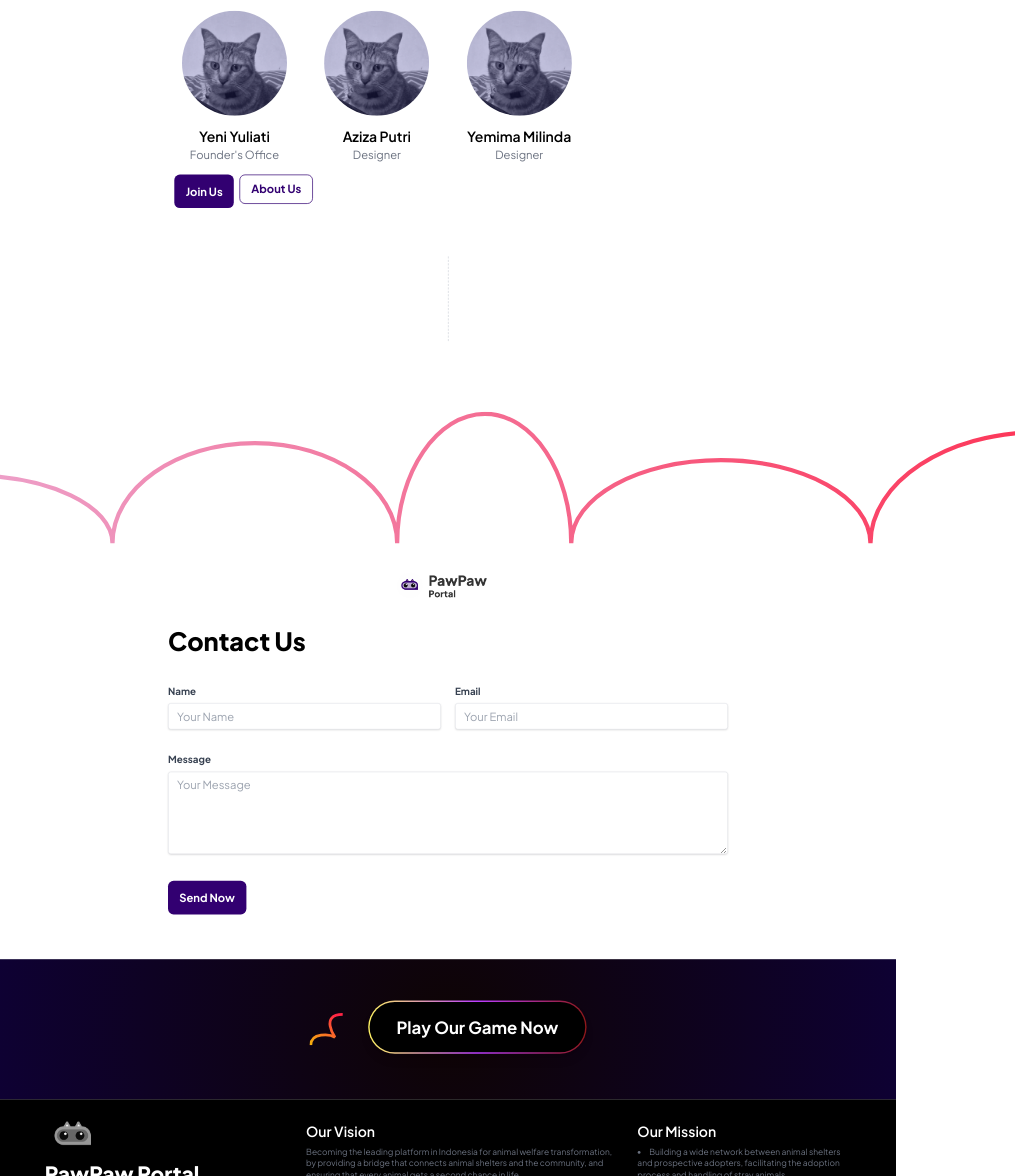
Repository: paskasiregar/pawpawwebsite
Page: /
An editor plug-in stored every save of this project. The page is shown before and after a run of saves, followed by the edit.
The browser window is 1280 px wide. The page is 1450 px wide, so the pictures cover 1450 px, including what lies to the right of the window. The pictures show the part of the page from y = 2105 to 3785 px (the page is 4088 px tall before and 4024 px after), at 70% of full size.
The project was rebuilt for these pictures with package versions that can differ from the ones it lists, and the page was loaded fresh each time. The framework's server and built-in components were replaced by stand-ins that run in the browser. Also part of the build but not shown: next.config.js, next.config.mjs.

Above is the page before, as saved 2024-09-06 11:45:47.

### src/app/layout.js
import { Inter } from "next/font/google";
import "./globals.css";

const inter = Inter({ subsets: ["latin"] });

export const metadata = {
  title: "PawPaw Portal | Your One-Stop Shelter",
  description: "Your One-Stop Shelter",
};

export default function RootLayout({ children }) {
  return (
    <html lang="en">
      <meta
        name="google-adsense-account"
        content="ca-pub-4770655134097556"
      ></meta>
      <body className={inter.className}>{children}</body>
    </html>
  );
}

### src/app/page.js
import { Contact } from "@/components/contact";
import { Divider } from "@/components/divider";
import { Footer } from "@/components/footer";
import { Header } from "@/components/header";
import CTA from "@/components/CTA";
import Hero from "@/components/hero";
import PrimaryButton from "@/components/primaryButton";
import SecButton from "@/components/secButton";
import Image from "next/image";
import bannerImage from "../assets/banner.png";
import logoHeaderImage from "../assets/banner-10.png";
import Link from "next/link";
import Head from "next/head";
import piupiu from "../assets/piupiu.png";
import paska from "../assets/paska.png";
import iqbal from "../assets/iqbal.png";

export default async function Home() {
  return (
    <div className="w-full font-plus-jakarta m-auto flex min-h-screen flex-col items-center justify-between">
      <Head>
        <script
          async
          src="https://pagead2.googlesyndication.com/pagead/js/adsbygoogle.js?client=ca-pub-4770655134097556"
          crossorigin="anonymous"
        ></script>
      </Head>
      <section className="w-full">
        <div className="centeredcontainer main-container">
          <Header />
        </div>
        <main className="main-container">
          <Hero />
          <Divider />
          <div className="self-stretch bg-white flex flex-col md:flex-row">
            <div className="flex-1 relative h-48 md:h-[489px] z-[0] flex items-center justify-center">
              <Image
                className="w-[80%] h-auto object-cover"
                alt="banner"
                src={bannerImage}
                width={200}
                height={200}
              />
            </div>

            {/* How it works */}
            <div
              id="how-it-works"
              className="flex-1 flex flex-col items-center md:items-start justify-center gap-4 z-[1] p-4 md:p-8"
            >
              <div className="space-y-4">
                <div className="flex justify-center md:justify-start">
                  <svg
                    width="130"
                    height="77"
                    viewBox="0 0 130 77"
                    fill="none"
                    xmlns="http://www.w3.org/2000/svg"
                  >
                    <path
                      d="M2.04016 48.038C39.1938 19.0059 75.4362 75.5193 75.4362 75.5193C58.6481 44.4597 70.5515 14.7701 105.05 54.8444C105.05 54.8444 88.8644 34.0647 127.885 2.52962"
                      stroke="url(#paint0_linear_545_35744)"
                      strokeWidth="4.42591"
                      strokeMiterlimit="10"
                      strokeLinejoin="bevel"
                    />
                    <defs>
                      <linearGradient
                        id="paint0_linear_545_35744"
                        x1="19.971"
                        y1="73.8863"
                        x2="126.116"
                        y2="-0.218346"
                        gradientUnits="userSpaceOnUse"
                      >
                        <stop offset="0.2868" stopColor="#E9404C" />
                        <stop offset="0.2967" stopColor="#EA475C" />
                        <stop offset="0.3252" stopColor="#EB5B85" />
                        <stop offset="0.3554" stopColor="#EB6CA8" />
                        <stop offset="0.3871" stopColor="#EC79C5" />
                        <stop offset="0.4209" stopColor="#EC84DB" />
                        <stop offset="0.4577" stopColor="#ED8BEB" />
                        <stop offset="0.4998" stopColor="#ED90F4" />
                        <stop offset="0.5589" stopColor="#ED91F7" />
                      </linearGradient>
                    </defs>
                  </svg>
                </div>
                <div className="hidden md:flex items-center justify-center">
                  <Image
                    className="w-36 h-10 object-cover"
                    alt="Logo"
                    src={logoHeaderImage}
                    width={120}
                    height={20}
                  />
                </div>
                <div className="flex flex-col items-center md:items-start">
                  <div className="relative font-extrabold text-2xl md:text-4xl text-center md:text-left">
                    How PawPaw Portal Works
                  </div>
                </div>
                <div className="self-stretch flex flex-col md:flex-row items-center md:items-start justify-start text-lg md:text-xl text-gray-500">
                  <div className="flex-1 flex flex-col items-center md:items-start justify-start">
                    <div className="self-stretch">
                      <p className="m-0 text-center md:text-left">
                        Every video you watch on our app can help animals in
                        need. Fun, isn&apos;t it?
                      </p>
                      <p className="m-2"></p>
                      <p className="m-0 text-center md:text-left">
                        Join us at PawPaw Portal, where animal lovers and
                        shelters meet. Let&apos;s make a difference together!
                      </p>
                    </div>
                  </div>
                </div>
                <div className="flex flex-col md:flex-row gap-2">
                  <PrimaryButton href="https://game.pawpawportal.com">
                    Play Now
                  </PrimaryButton>
                  <Link
                    href="#about-us"
                    className="flex flex-col md:flex-row gap-2"
                  >
                    <SecButton>About Us</SecButton>
                  </Link>
                </div>
              </div>
            </div>
          </div>

          {/* Team */}
          <Divider />
          <div
            id="team"
            className="flex-1 flex flex-col items-center md:items-center justify-center gap-4 z-[1] p-4 md:p-8"
          >
            <div className="space-y-4">
              <div className="flex justify-center md:justify-center">
                {/* Optional SVG or Image can go here */}
              </div>

              <div className="flex flex-col items-center md:items-center mb-8">
                <div className="relative font-extrabold text-2xl md:text-4xl text-center md:text-center mb-8">
                  PawPaw Team
                </div>
              </div>

              <div className="grid grid-cols-1 md:grid-cols-2 lg:grid-cols-4 gap-6 md:gap-8">
                {/* Paska */}
                <div className="flex flex-col items-center">
                  <Image
                    className="rounded-full"
                    alt="Paska"
                    src={paska}
                    width={150}
                    height={150}
                  />
                  <div className="text-xl font-semibold mt-4">Paska</div>
                  <div className="text-gray-500">Founder</div>
                </div>

                {/* Kak Yus */}
                <div className="flex flex-col items-center">
                  <Image
                    className="rounded-full"
                    alt="Yus"
                    src={piupiu}
                    width={150}
                    height={150}
                  />
                  <div className="text-xl font-semibold mt-4">
                    Yus Marcelina
                  </div>
                  <div className="text-gray-500">Product Lead</div>
                </div>

                {/* Mas Iqbal */}
                <div className="flex flex-col items-center">
                  <Image
                    className="rounded-full"
                    alt="Iqbal"
                    src={iqbal}
                    width={150}
                    height={150}
                  />
                  <div className="text-xl font-semibold mt-4">
                    Mochamad Iqbal
                  </div>
                  <div className="text-gray-500">Tech Lead</div>
                </div>

                {/* PiuPiu */}
                <div className="flex flex-col items-center">
                  <Image
                    className="rounded-full"
                    alt="PiuPiu"
                    src={piupiu}
                    width={150}
                    height={150}
                  />
                  <div className="text-xl font-semibold mt-4">PiuPiu</div>
                  <div className="text-gray-500">Chief Attention Seeker</div>
                </div>

                {/* Julie */}
                <div className="flex flex-col items-center">
                  <Image
                    className="rounded-full"
                    alt="Yeni Yuliati"
                    src={piupiu}
                    width={150}
                    height={150}
                  />
                  <div className="text-xl font-semibold mt-4">Yeni Yuliati</div>
                  <div className="text-gray-500">Founder's Office</div>
                </div>

                {/* Aziza */}
                <div className="flex flex-col items-center">
                  <Image
                    className="rounded-full"
                    alt="Aziza Putri"
                    src={piupiu}
                    width={150}
                    height={150}
                  />
                  <div className="text-xl font-semibold mt-4">Aziza Putri</div>
                  <div className="text-gray-500">Designer</div>
                </div>

                {/* Yemima */}
                <div className="flex flex-col items-center">
                  <Image
                    className="rounded-full"
                    alt="Yemima Milinda"
                    src={piupiu}
                    width={150}
                    height={150}
                  />
                  <div className="text-xl font-semibold mt-4">
                    Yemima Milinda
                  </div>
                  <div className="text-gray-500">Designer</div>
                </div>
              </div>

              <div className="flex flex-col md:flex-row gap-2">
                <PrimaryButton href="https://game.pawpawportal.com">
                  Join Us
                </PrimaryButton>
                <Link href="#about-us">
                  <SecButton>About Us</SecButton>
                </Link>
              </div>
            </div>
          </div>

          <Divider />
          <Contact />
        </main>
        <div className="w-full">
          <div>
            <CTA />
          </div>
          <div id="about-us">
            <Footer />
          </div>
        </div>
      </section>
    </div>
  );
}

### src/app/globals.css
@import url("https://fonts.googleapis.com/css2?family=Plus+Jakarta+Sans:wght@400;600;700;800&display=swap");

@tailwind base;
@tailwind components;
@tailwind utilities;

body {
  font-family: "Plus Jakarta Sans", sans-serif;
}

p,
ul {
  color: gray;
  margin-bottom: 2px;
}

section {
  margin-bottom: 8px;
}

.hero-bg {
  display: flex;
  background: radial-gradient(circle,
      rgb(204, 188, 230) 10%,
      rgb(255, 255, 255) 50%);
}

.cta-container {
  display: flex;
  justify-content: center;
  align-items: center;
  position: relative;
  background: radial-gradient(circle, rgb(14, 4, 4) 0%, rgb(14, 1, 51) 100%);
  padding: 20px;
  gap: 20px;
  min-height: 200px;
}

.cta-button {
  display: inline-block;
  padding: 20px 40px;
  font-size: 24px;
  font-weight: bold;
  color: white;
  background: black;
  border-radius: 40px;
  position: relative;
  z-index: 1;
  overflow: hidden;
  transition: all 0.3s ease;
  text-align: center;
}

.cta-button::before {
  content: "";
  position: absolute;
  top: -2px;
  left: -2px;
  right: -2px;
  bottom: -2px;
  background: linear-gradient(90deg,
      rgb(255, 244, 97) 0%,
      rgb(187, 61, 255) 50%,
      rgb(142, 23, 23) 100%);
  z-index: -1;
  border-radius: inherit;
}

.cta-button::after {
  content: "";
  position: absolute;
  top: 2px;
  left: 2px;
  right: 2px;
  bottom: 2px;
  background: black;
  z-index: -1;
  border-radius: inherit;
}

.cta-button:hover {
  color: rgb(237, 246, 133);
  background: white;
}

.footer-bg {
  background: radial-gradient(circle, rgb(14, 4, 4) 0%, rgb(14, 1, 51) 100%);
  color: white;
  text-align: center;
  padding: 20px;
}

.centeredcontainer {
  width: 100vw;
  height: auto;
}

.main-container {
  width: 100%;
  max-width: 1200px;
  margin: 0 auto;
  padding: 0;
}

.header-content {
  display: flex;
  flex-direction: row;
  align-items: center;
  justify-content: space-between;
}

.header-logo-button {
  display: flex;
  flex-direction: row;
  align-items: center;
  gap: 16px;
  /* Adjust spacing as needed */
}

html {
  scroll-behavior: smooth;
}

### src/components/contact.jsx
import React from "react";
import PrimaryButton from "@/components/primaryButton";
import NameInput from "./nameInput";
import EmailInput from "./emailInput";
import MessageInput from "./mesageInput";
import Image from "next/image";
import logoHeaderImage from "../assets/banner-10.png";

export const Contact = () => {
  return (
    <div className="font-plus-jakarta flex flex-col items-center justify-center py-16 px-4 md:px-[200px] gap-[40px] text-29xl">
      <div className="flex justify-start items-start">
        <svg
          width="1620"
          height="188"
          viewBox="0 0 1620 188"
          fill="none"
          xmlns="http://www.w3.org/2000/svg"
        >
          <path
            d="M1891 188C1891 100.375 1784.67 29.342 1653.5 29.342C1522.34 29.342 1413.53 100.375 1413.53 188C1413.53 122.37 1317.84 69.158 1199.78 69.158C1081.72 69.158 986.029 122.362 986.029 188C986.029 85.8274 930.825 3 862.735 3C794.645 3 737.369 85.8274 737.369 188C737.369 108.853 646.33 44.6865 534.029 44.6865C421.728 44.6865 330.689 108.853 330.689 188C330.689 134.381 239.649 90.9105 127.349 90.9105C15.0481 90.9105 -76 134.381 -76 188"
            stroke="url(#paint0_linear_545_35799)"
            strokeWidth="6"
            strokeMiterlimit="10"
            strokeLinejoin="bevel"
          />
          <defs>
            <linearGradient
              id="paint0_linear_545_35799"
              x1="-84.5283"
              y1="91.1699"
              x2="1899.52"
              y2="91.1699"
              gradientUnits="userSpaceOnUse"
            >
              <stop offset="0.0224" stopColor="#EBADD7" />
              <stop offset="1" stopColor="#FF2445" />
            </linearGradient>
          </defs>
        </svg>
      </div>
      <Image
        className="w-36 h-10 object-cover"
        alt="Logo"
        src={logoHeaderImage}
        width={120}
        height={20}
      />
      <div className="text-4xl font-extrabold w-full">Contact Us</div>
      <form
        action="https://forms.office.com/Pages/ResponsePage.aspx?id=FYBQO9x7eUe5JQ3XgE-7JgfHRnXS951Jum6QCf1rDZlUOTFYM1gyVUNMUzAyRTlFRVlHNUo5UVVRSy4u"
        method="post"
        target="_blank"
        className="w-full"
      >
        <div className="w-full flex flex-col items-start gap-[16px] text-base text-light-l800 font-regular-reg-2">
          <div className="w-full flex flex-col md:flex-row gap-[20px]">
            <div className="w-full md:w-1/2">
              <label
                htmlFor="name"
                className="w-full block text-sm font-medium text-gray-700"
              ></label>
              <NameInput className="w-full" id="name" name="name" required />
            </div>
            <div className="w-full md:w-1/2">
              <label
                htmlFor="email"
                className="block text-sm font-medium text-gray-700"
              ></label>
              <EmailInput className="w-full" id="email" name="email" required />
            </div>
          </div>
          <div className="w-full">
            <label
              htmlFor="message"
              className="block text-sm font-medium text-gray-700"
            ></label>
            <MessageInput
              className="w-full"
              id="message"
              name="message"
              required
            />
          </div>
        </div>
        <div className="mt-4">
          <PrimaryButton type="submit">Send Now</PrimaryButton>
        </div>
      </form>
    </div>
  );
};

export default Contact;

### src/components/divider.jsx
export const Divider = () => {
  return (
    <div className="self-stretch h-[195px] flex flex-row items-center justify-center py-16 px-[130px] box-border">
      <div className="w-px relative box-border h-[121px] border-r-[1px] border-dashed border-gray-300" />
    </div>
  );
};

### src/components/header.jsx
import Link from "next/link";
import PrimaryButton from "@/components/primaryButton";
import React from "react";
import Image from "next/image";
import logoHeaderImage from "../assets/banner-10.png";

export const Header = () => {
  return (
    <div className="font-plus-jakarta w-full flex flex-col items-center justify-center text-left text-gray-500">
      <div className="self-stretch bg-white flex flex-col items-center justify-center text-sm">
        <div className="w-full header-content p-2.5 box-border">
          <Link href="/">
            {" "}
            {/* Homepage */}
            <Image
              className="w-36 h-10 object-cover"
              alt="Logo"
              src={logoHeaderImage}
              width={120}
              height={20}
            />
          </Link>
          <div className="hidden md:flex flex-row items-center justify-center gap-8">
            <div>
              <Link href="#how-it-works">How It Works</Link>
            </div>
            <div>
              <Link href="#about-us">About Us</Link>
            </div>
            <div>
              <Link href="/privacy">Privacy Policy</Link>
            </div>
          </div>
          <div className="header-logo-button">
            <PrimaryButton href="https://game.pawpawportal.com">
              Be Our Hero Today!
            </PrimaryButton>
          </div>
        </div>
      </div>
    </div>
  );
};

export default Header;

### src/components/CTA.jsx
import React from "react";
import Link from "next/link";

const CTA = () => {
  return (
    <div className="cta-container font-plus-jakarta p-4 md:p-8 flex flex-col md:flex-row items-center justify-center">
      <svg
        className="cta-decoration mb-4 md:mb-0 md:mr-4"
        width="48"
        height="46"
        viewBox="0 0 48 46"
        fill="none"
        xmlns="http://www.w3.org/2000/svg"
      >
        <path
          d="M2 46C2 27.296 29.551 30.0086 36.5736 34.5625C36.5736 34.5625 14.4611 2 47.5714 2"
          stroke="url(#cta_gradient)"
          strokeWidth="3.92857"
          strokeMiterlimit="10"
          strokeLinejoin="bevel"
        />
        <defs>
          <linearGradient
            id="cta_gradient"
            x1="37.3571"
            y1="2"
            x2="7.5"
            y2="46"
            gradientUnits="userSpaceOnUse"
          >
            <stop stopColor="#FF2445" />
            <stop offset="1" stopColor="#F5AB0E" />
          </linearGradient>
        </defs>
      </svg>
      <Link href="https://game.pawpawportal.com">
        <div className="cta-button text-center bg-gradient-to-r from-orange-500 to-pink-500 text-white font-bold py-2 px-4 rounded-lg shadow-lg cursor-pointer">
          Play Our Game Now
        </div>
      </Link>
    </div>
  );
};

export default CTA;

### src/components/primaryButton.jsx
import React from "react";

const PrimaryButton = ({ children, onClick }) => {
  return (
    <button
      className="self-stretch bg-inherit-320071 hover:bg-blue-700 text-white font-bold px-4 py-3 rounded-lg"
      onClick={onClick}
    >
      {children}
    </button>
  );
};

export default PrimaryButton;

### src/components/secButton.jsx
import React from "react";

const SecButton = ({ children, onClick }) => {
  return (
    <button
      className="bg-white border border-inherit-320071 text-inherit-320071 font-bold py-2 px-4 rounded-lg"
      onClick={onClick}
    >
      {children}
    </button>
  );
};

export default SecButton;

### src/components/nameInput.jsx
import React from "react";

const NameInput = ({ value, onChange }) => {
  return (
    <div className="mb-4">
      <label
        className="block text-gray-700 text-sm font-bold mb-2"
        htmlFor="name"
      >
        Name
      </label>
      <input
        id="name"
        type="text"
        value={value}
        onChange={onChange}
        className="shadow appearance-none border rounded w-full py-2 px-3 text-gray-700 leading-tight focus:outline-none focus:shadow-outline"
        placeholder="Your Name"
      />
    </div>
  );
};

export default NameInput;

### src/components/emailInput.jsx
import React from "react";

const EmailInput = ({ value, onChange }) => {
  return (
    <div className="mb-4">
      <label
        className="block text-gray-700 text-sm font-bold mb-2"
        htmlFor="email"
      >
        Email
      </label>
      <input
        id="email"
        type="email"
        value={value}
        onChange={onChange}
        className="shadow appearance-none border rounded w-full py-2 px-3 text-gray-700 leading-tight focus:outline-none focus:shadow-outline"
        placeholder="Your Email"
      />
    </div>
  );
};

export default EmailInput;

### src/components/mesageInput.jsx
import React from "react";

const MessageInput = ({ value, onChange }) => {
  return (
    <div className="mb-4">
      <label
        className="block text-gray-700 text-sm font-bold mb-2"
        htmlFor="message"
      >
        Message
      </label>
      <textarea
        id="message"
        value={value}
        onChange={onChange}
        className="shadow appearance-none border rounded w-full py-2 px-3 text-gray-700 leading-tight focus:outline-none focus:shadow-outline"
        placeholder="Your Message"
        rows="5"
      />
    </div>
  );
};

export default MessageInput;

Loaded but not shown: tailwind.config.js (24 lines, source omitted); src/components/hero.jsx (211 lines, source omitted); src/components/footer.jsx (175 lines, source omitted)

After the next 4 saves:
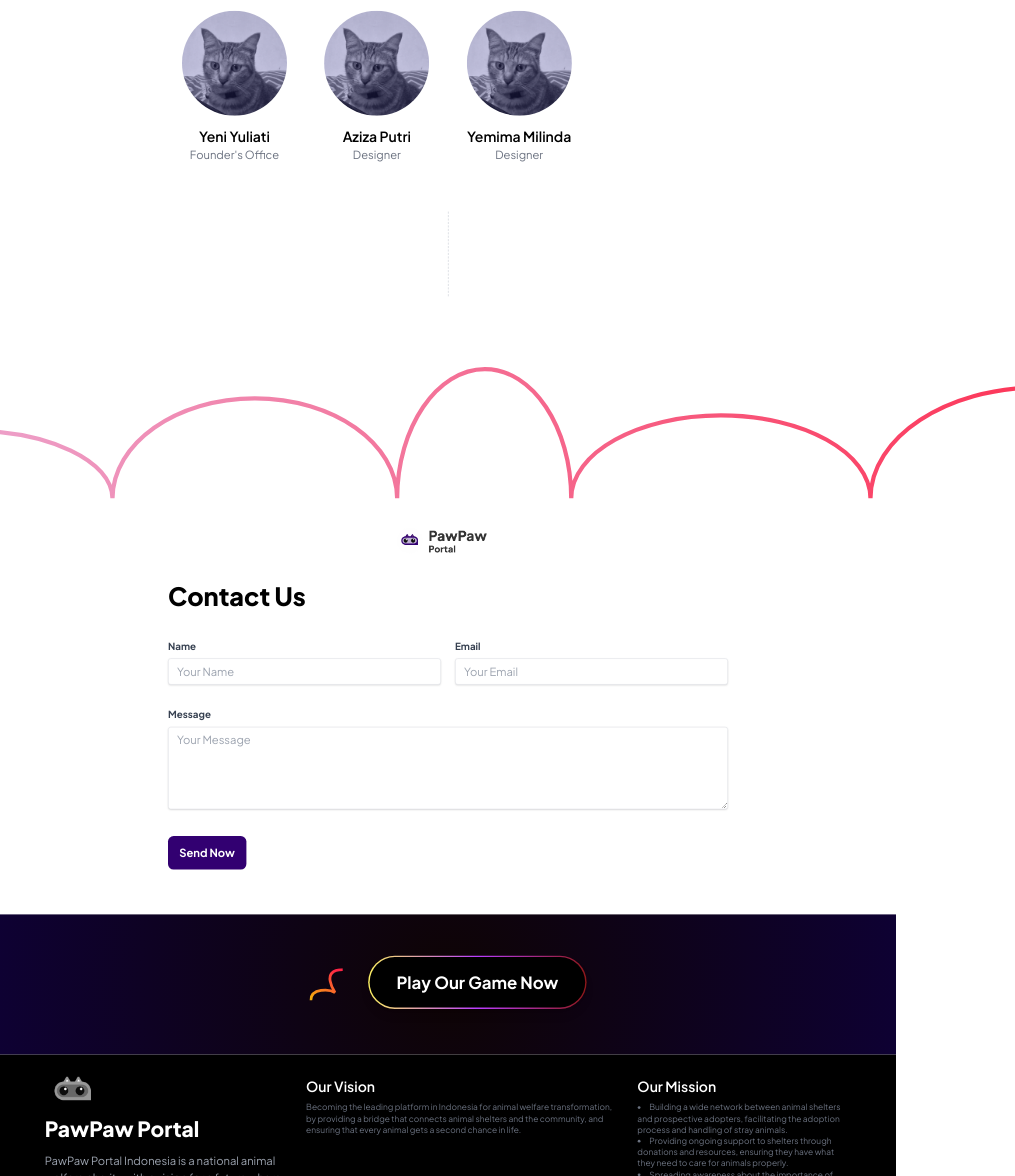
The 4 saves are shown as one change because 3 did not build or start.
The last was saved 95 s later.
--- a/src/app/page.js
+++ b/src/app/page.js
@@ -245,15 +245,6 @@ export default async function Home() {
                   <div className="text-gray-500">Designer</div>
                 </div>
               </div>
-
-              <div className="flex flex-col md:flex-row gap-2">
-                <PrimaryButton href="https://game.pawpawportal.com">
-                  Join Us
-                </PrimaryButton>
-                <Link href="#about-us">
-                  <SecButton>About Us</SecButton>
-                </Link>
-              </div>
             </div>
           </div>
 
